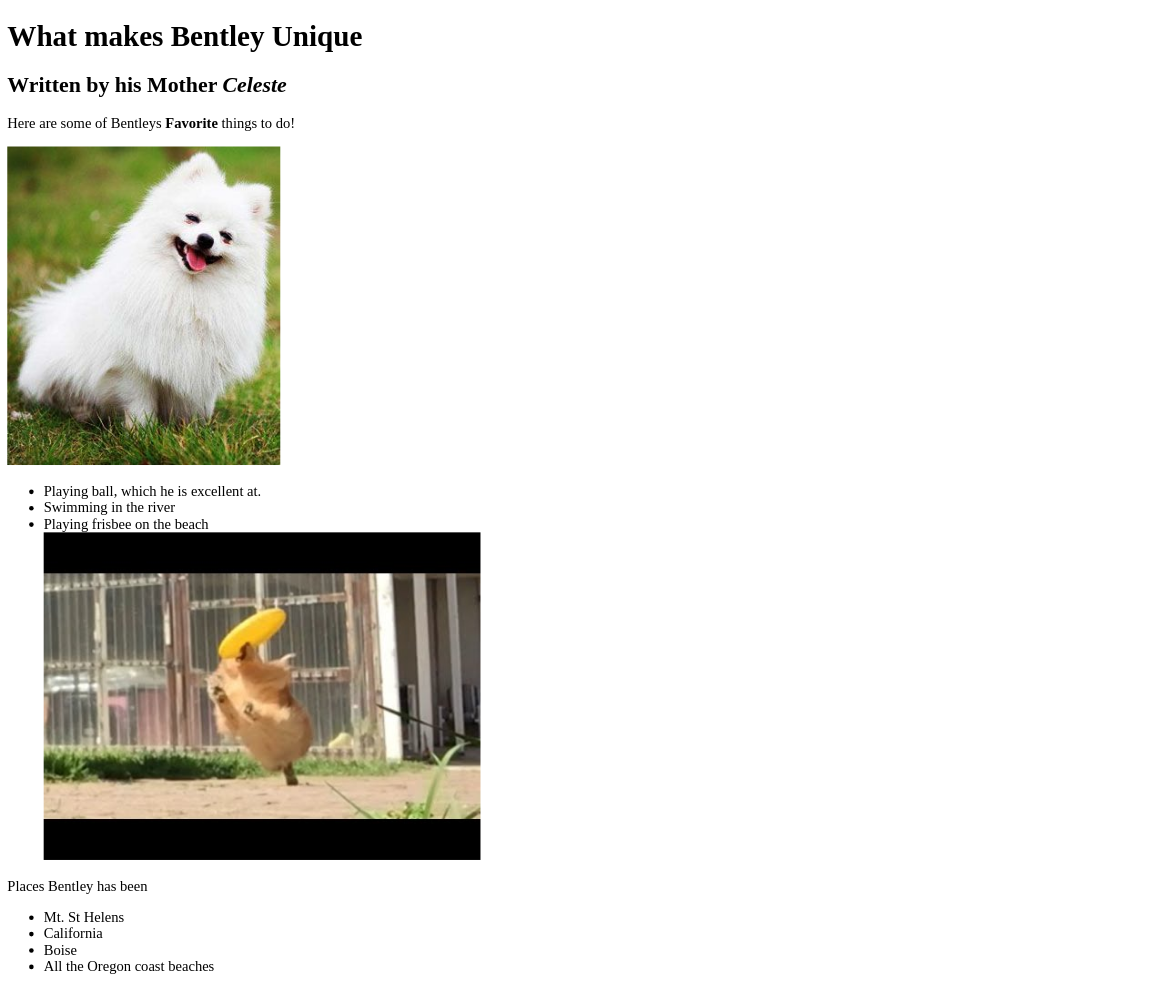
Repository: fieldceleste/bentley-boy
Page: bentley-boy.html
These files come from the project's save history. The page is drawn as it stood at one moment and after the next save; the edit follows.
The browser window is 1280 px wide. The pictures show the whole page, at 91% of full size.

Above is the page before, as saved 2019-10-23 19:44:10.

After the next save:
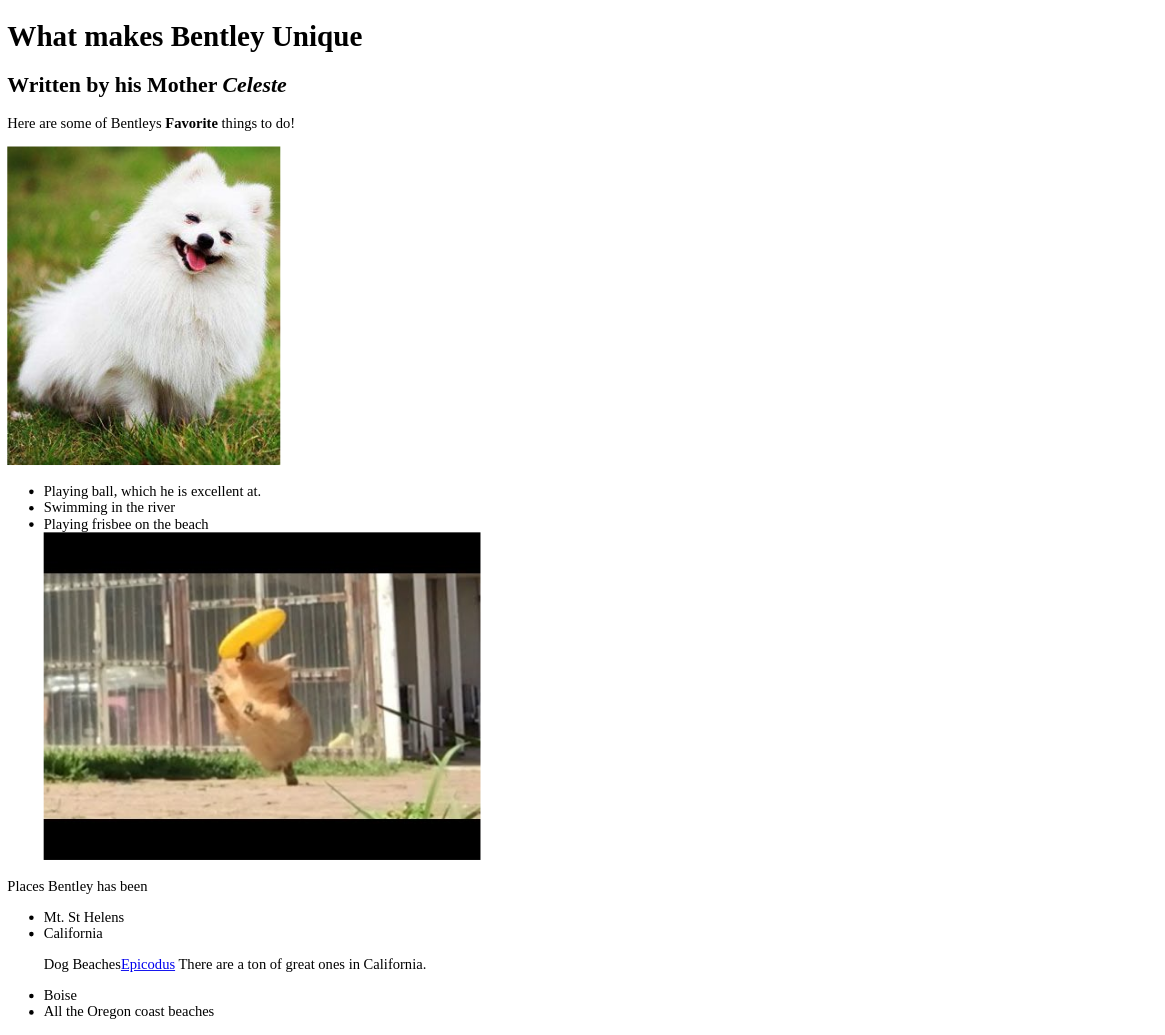
Saved 4 min 40 s later.
--- a/bentley-boy.html
+++ b/bentley-boy.html
@@ -17,7 +17,8 @@
     <p>Places Bentley has been</p>
     <ul>
       <li>Mt. St Helens</li>
-      <li>California</li>
+      <li>California</li> <p>Dog Beaches<a href="https://www.californiabeaches.com/dog-friendly-beaches-in-california/">Epicodus</a>
+        There are a ton of great ones in California.</p>
       <li>Boise</li>
       <li>All the Oregon coast beaches</li>
     </ul>
